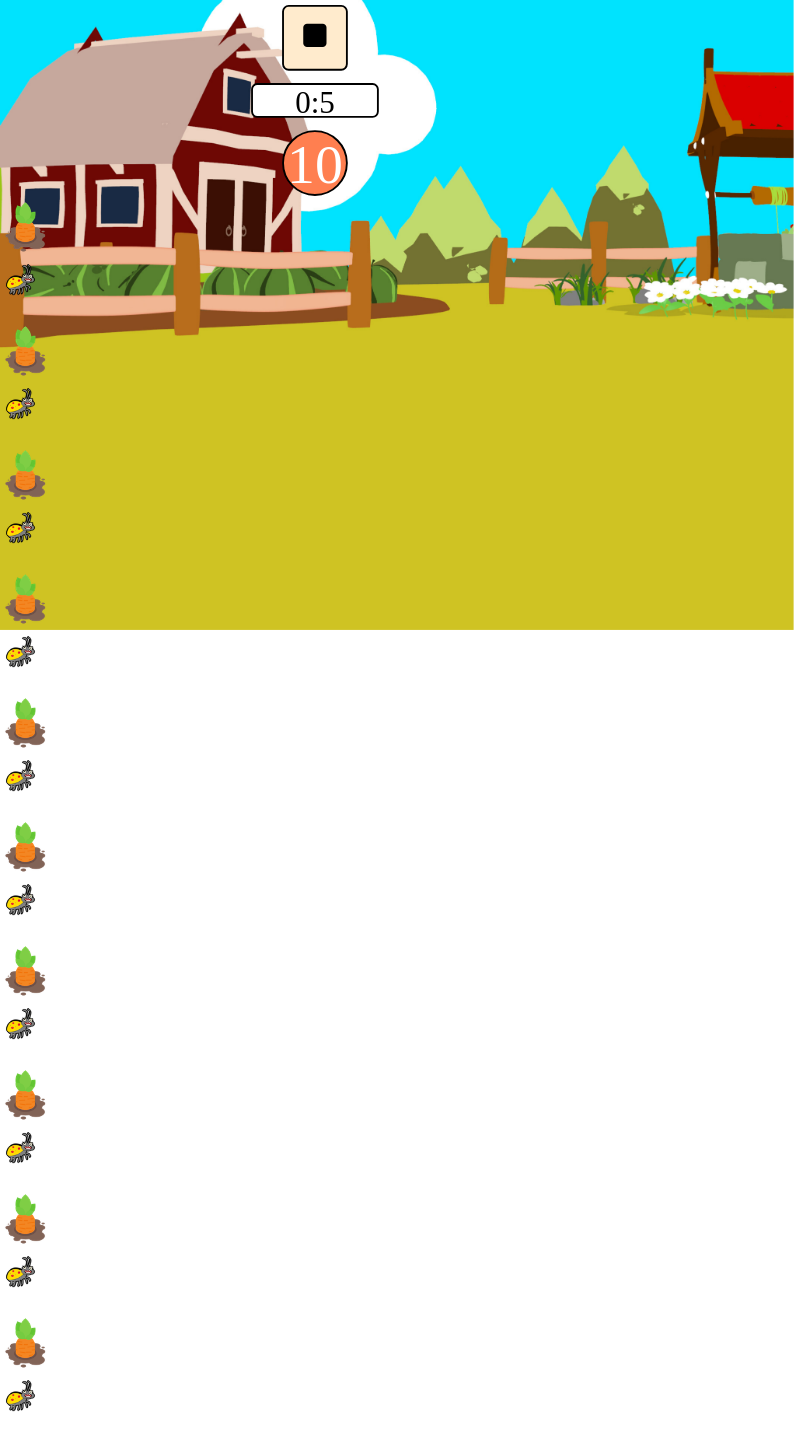
Repository: rumor1993/DreamCoding-Browser101
Page: Chapter07/index.html
These files come from the project's save history. The page is drawn as it stood at one moment and after the next save; the edit follows.
The browser window is 1280 px wide. The pictures show the whole page, at 62% of full size.
Some web libraries are served in a nearby version.

Above is the page before, as saved 2021-01-03 18:21:19.

After the next save:
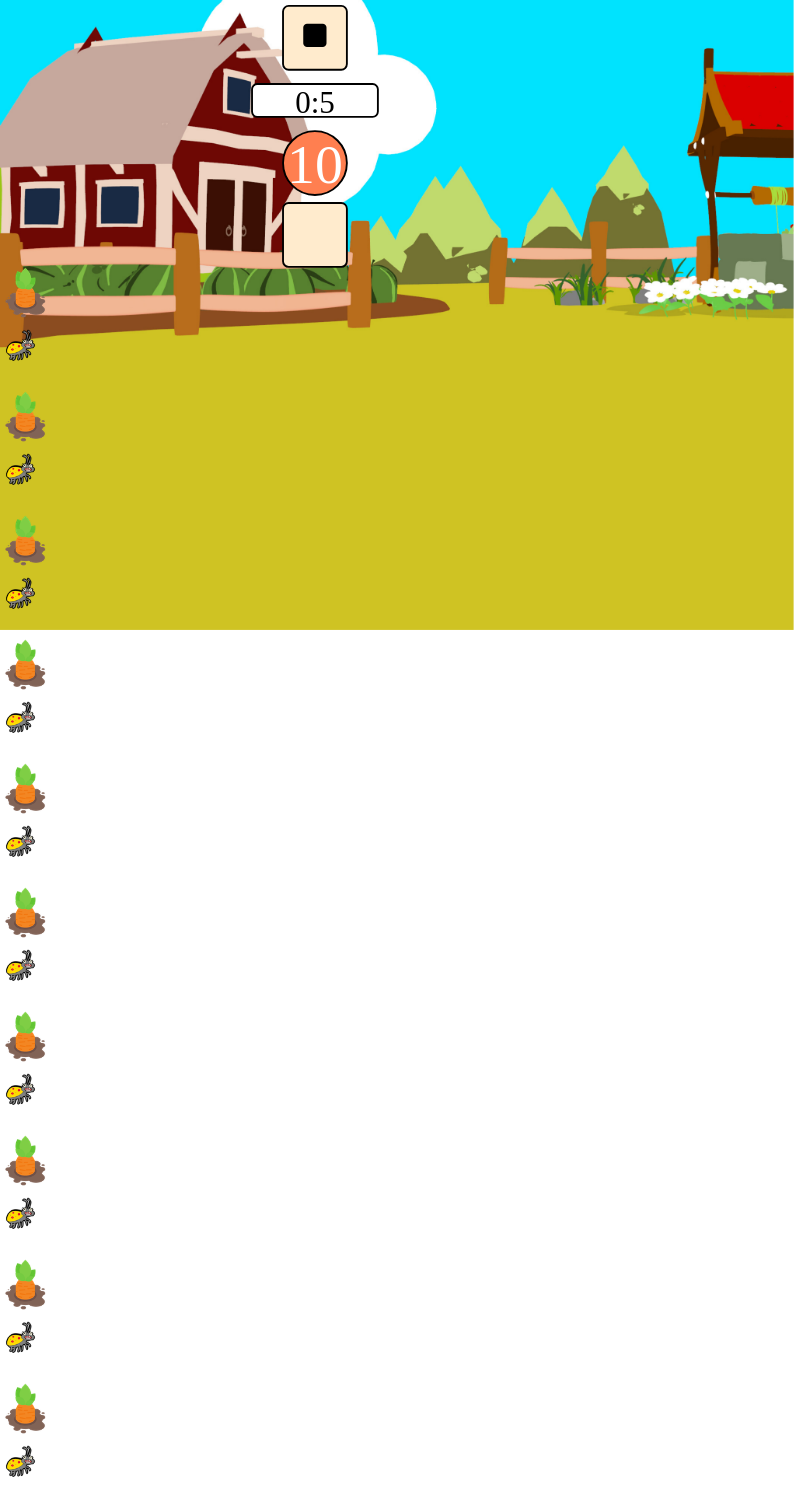
Saved 6 s later.
--- a/Chapter07/index.html
+++ b/Chapter07/index.html
@@ -9,7 +9,7 @@
     <script src="index.js"></script>
   </head>
   <body>
-    <section>
+    <div class="container">
       <div class="stop">
         <i class="fas fa-stop"></i>
       </div>
@@ -19,6 +19,10 @@
       <div class="carrot-count">
         <div class="count">10</div>
       </div>
+    </div>
+
+    <section class="container">
+      <article class="stop"></article>
     </section>
   </body>
 </html>
